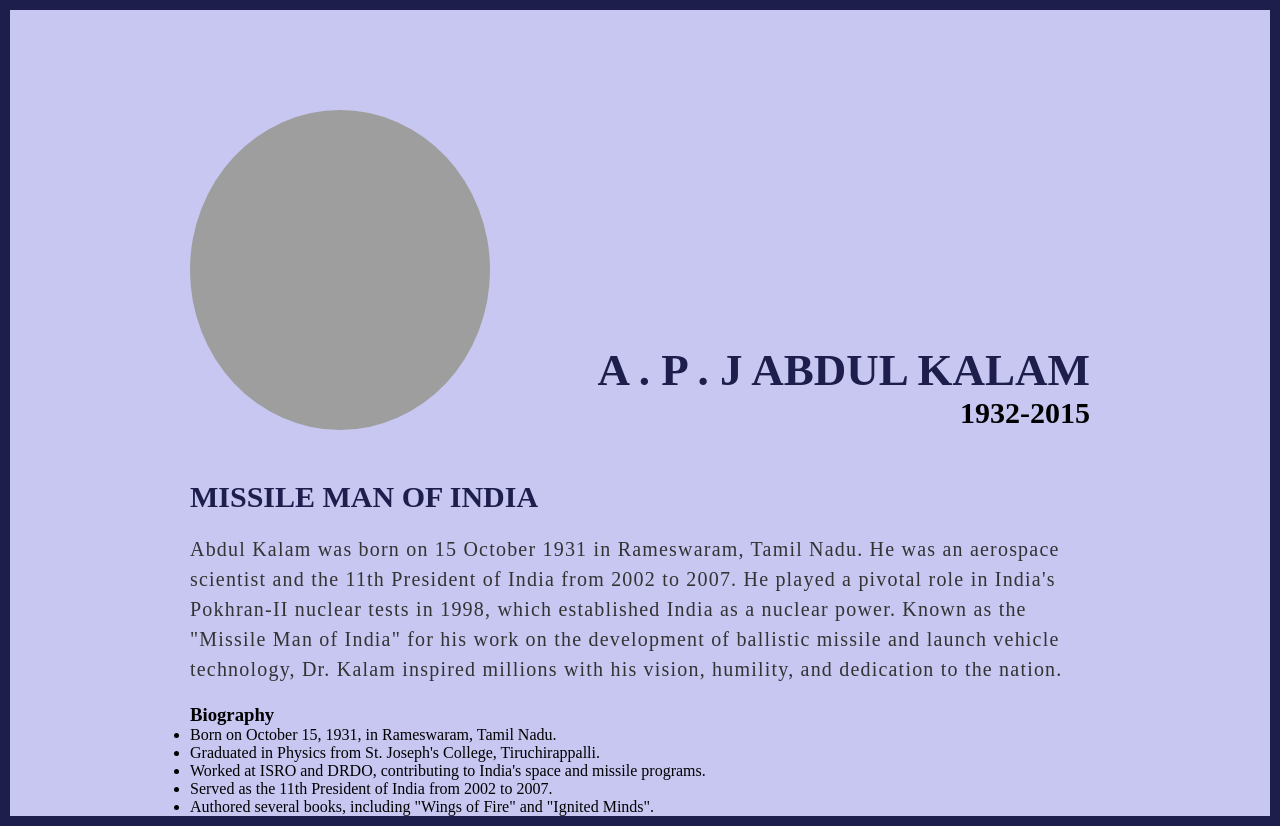
Repository: Mohitkumar1322/FrontendPracticee
Page: abdulkalam/index.html
The author's editor kept a copy of each file at every save. The page is drawn from the files as they stood at one save, then again after a run of saves.
The browser window is 1280 px wide. The pictures show the whole page.
Pictures or frames that could not be fetched are drawn as grey boxes.

Above is the page before, as saved 2025-07-02 22:02:01.

### abdulkalam/index.html
<!DOCTYPE html>
<html lang="en">
<head>
    <meta charset="UTF-8">
    <meta name="viewport" content="width=device-width, initial-scale=1.0">
    <title>The Tribute Website</title>
    <link rel="stylesheet" href="style.css">
</head>
<body>
    <div class="container">
        <div class="content">
            <section class="top_section">
                <div class="image_container">
                    <img src="apj.jpg" alt="tribute">
                </div>
                <div>
                    <h1>
                        A . P . J Abdul Kalam
                    </h1>
                    <h4>
                        1932-2015
                    </h4>
                </div>


            </section>
            <section class="about_section">
                <h2>
                    Missile Man of India
                </h2>
                <p>
                    Abdul Kalam was born on 15 October 1931 in Rameswaram, Tamil Nadu. He was an aerospace scientist and the 11th President of India from 2002 to 2007. He played a pivotal role in India's Pokhran-II nuclear tests in 1998, which established India as a nuclear power. Known as the "Missile Man of India" for his work on the development of ballistic missile and launch vehicle technology, Dr. Kalam inspired millions with his vision, humility, and dedication to the nation.

                </p>


            </section>
            <section class="biography_section">
                <h3>
                    Biography
                </h3>
                <ul>
                    <li>
                        Born on October 15, 1931, in Rameswaram, Tamil Nadu.
                    </li>
                    <li>
                        Graduated in Physics from St. Joseph's College, Tiruchirappalli.
                    </li>
                    <li>
                        Worked at ISRO and DRDO, contributing to India's space and missile programs.
                    </li>

                    <li>
                        Served as the 11th President of India from 2002 to 2007.
                    </li>
                    <li>
                        Authored several books, including "Wings of Fire" and "Ignited Minds".
                    </li>
                </ul>
            </section>

        </div>
    </div>


</body>
</html>

### abdulkalam/style.css
*{
    padding:0;
    margin:0;
    box-sizing: border-box;

}


.container{
    background-color: #c7c7f1;
    min-height: 100vh;
    border:10px solid #1d1e4c;

}
.content{
    max-width: 900px;
    margin: 0 auto
}
.top_section{
    margin-top: 100px;
    display:flex;
    justify-content: space-between;
    align-items: flex-end;

}
.top_section h4{
    text-align: end;
    font-size: 30px;
}
.top_section h1{
    font-size: 45px;
    font-weight: bold;
    color:#1d1e4c;
    text-transform:uppercase;

}
.image_container{
    border-radius: 50%;
    overflow: hidden;
}

.image_container, img{
    width:300px;
    height: 320px;


}
.about_section{
    margin-top: 50px;

}
.about_section h2{
    font-size: 30px;
    color: #1d1e4c;
    text-transform: uppercase;
    margin-bottom: 20px;
}
.about_section p{
    font-size: 20px;
    line-height: 30px;
    color: #333;
    margin-bottom: 20px;
    letter-spacing: 1.2px;
}

After the next 2 saves:
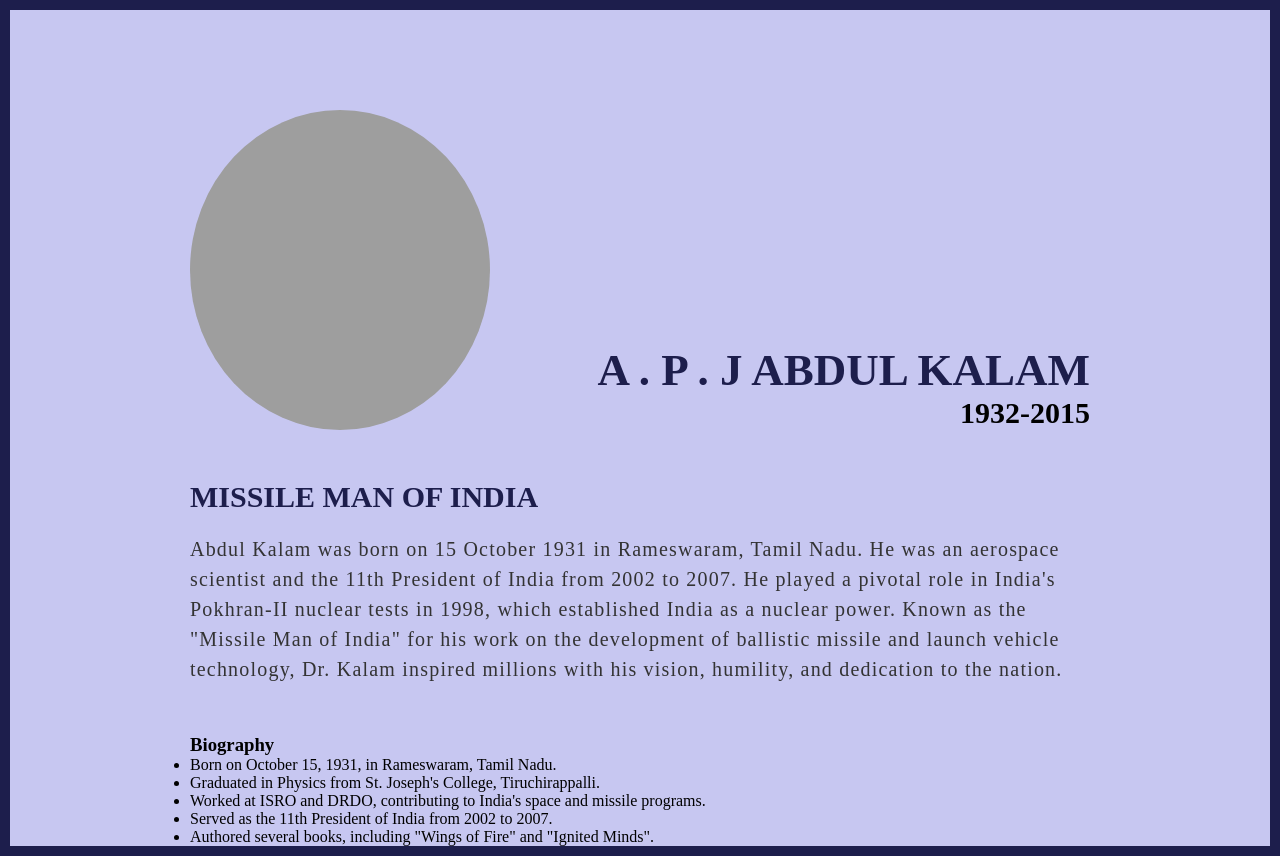
The 2 saves are shown as one change because they came seconds apart.
The last was saved 9 s later.
--- a/abdulkalam/style.css
+++ b/abdulkalam/style.css
@@ -62,3 +62,6 @@
     margin-bottom: 20px;
     letter-spacing: 1.2px;
 }
+.biography_section{
+    margin-top: 50px;
+}
